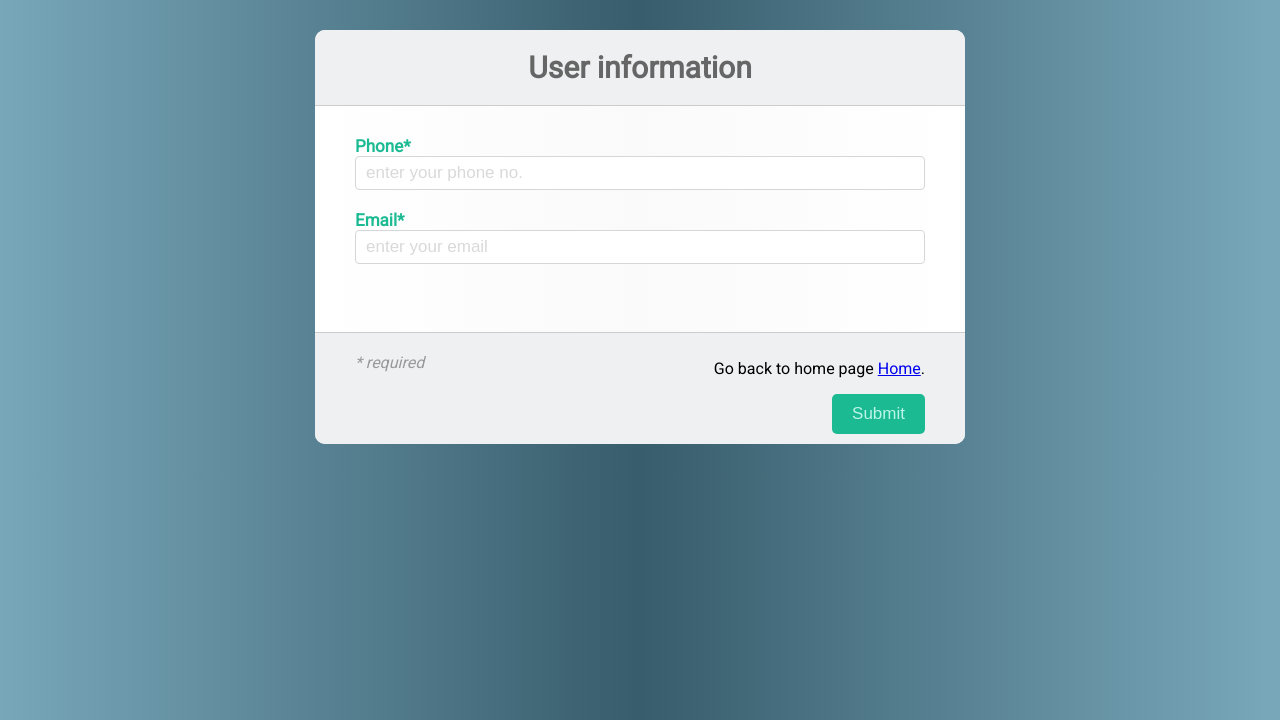
Repository: HT13M19/kuldeep
Page: GGGG/Demo2/src/main/webapp/UserInfo2.html
An editor plug-in stored every save of this project. The page is shown before and after the next save, followed by the edit.
The browser window is 1280 px wide. The pictures show the whole page.

Above is the page before, as saved 2023-09-24 09:48:33.

### GGGG/Demo2/src/main/webapp/UserInfo2.html
<!DOCTYPE html>
<html>
  <head>
    <meta charset="utf-8">
    <title>HTML CSS Register Form</title>
    <link rel="stylesheet" href="style.css">
  </head>
  <body>
    <form class="signup-form" action="userinfo" method="get">
      <!-- form header -->
      <div class="form-header">
        <h1>User information</h1>
      </div>

      <!-- form body -->
      <div class="form-body">
        <!-- Phone-->
        <div class="form-group">
          <label for="Phone" class="label-title">Phone*</label>
          <input type="text" id="phone" name="PHONE" class="form-input" placeholder="enter your phone no." required="required" maxlength="10">
        </div>

        <!-- Email -->
        <div class="form-group">
          <label for="email" class="label-title">Email*</label>
          <input type="email" id="email" name="EMAIL" class="form-input" placeholder="enter your email" required="required">
        </div>

         </div>

<br>
<br>

      <!-- form-footer -->
      <div class="form-footer">
        <span>* required</span>
        <p>Go back to home page <a href="main.jsp">Home</a>.</p>
        <button type="submit" class="btn">Submit</button>
      </div>

    </form>

  </body>
</html>

### GGGG/Demo2/src/main/webapp/style.css

/*---------------------------------------*/
/* Font */
/*---------------------------------------*/
@import url('https://fonts.googleapis.com/css?family=Roboto');


/*---------------------------------------*/
/* Register Form */
/*---------------------------------------*/
body {
  background:linear-gradient(to right, #78a7ba 0%, #385D6C 50%, #78a7ba 99%);
}

.signup-form {
  font-family: "Roboto", sans-serif;
  width:650px;
  margin:30px auto;
  background:linear-gradient(to right, #ffffff 0%, #fafafa 50%, #ffffff 99%);
  border-radius: 10px;
}

/*---------------------------------------*/
/* Form Header */
/*---------------------------------------*/
.form-header  {
  background-color: #EFF0F1;
  border-top-left-radius: 10px;
  border-top-right-radius: 10px;
}

.form-header h1 {
  font-size: 30px;
  text-align:center;
  color:#666;
  padding:20px 0;
  border-bottom:1px solid #cccccc;
}

/*---------------------------------------*/
/* Form Body */
/*---------------------------------------*/
.form-body {
  padding:10px 40px;
  color:#666;
}

.form-group{
  margin-bottom:20px;
}

.form-body .label-title {
  color:#1BBA93;
  font-size: 17px;
  font-weight: bold;
}

.form-body .form-input {
    font-size: 17px;
    box-sizing: border-box;
    width: 100%;
    height: 34px;
    padding-left: 10px;
    padding-right: 10px;
    color: #333333;
    text-align: left;
    border: 1px solid #d6d6d6;
    border-radius: 4px;
    background: white;
    outline: none;
}



.horizontal-group .left{
  float:left;
  width:49%;
}

.horizontal-group .right{
  float:right;
  width:49%;
}

input[type="file"] {
  outline: none;
  cursor:pointer;
  font-size: 17px;
}

#range-label {
  width:15%;
  padding:5px;
  background-color: #1BBA93;
  color:white;
  border-radius: 5px;
  font-size: 17px;
  position: relative;
  top:-8px;
}


::-webkit-input-placeholder  {
  color:#d9d9d9;
}

/*---------------------------------------*/
/* Form Footer */
/*---------------------------------------*/
.signup-form .form-footer  {
  background-color: #EFF0F1;
  border-bottom-left-radius: 10px;
  border-bottom-right-radius: 10px;
  padding:10px 40px;
  text-align: right;
  border-top: 1px solid #cccccc;
  clear:both;
}

.form-footer span {
  float:left;
  margin-top: 10px;
  color:#999;
  font-style: italic;
  font-weight: thin;
}

.btn {
   display:inline-block;
   padding:10px 20px;
   background-color: #1BBA93;
   font-size:17px;
   border:none;
   border-radius:5px;
   color:#bcf5e7;
   cursor:pointer;
}

.btn:hover {
  background-color: #169c7b;
  color:white;
}

After the next save:
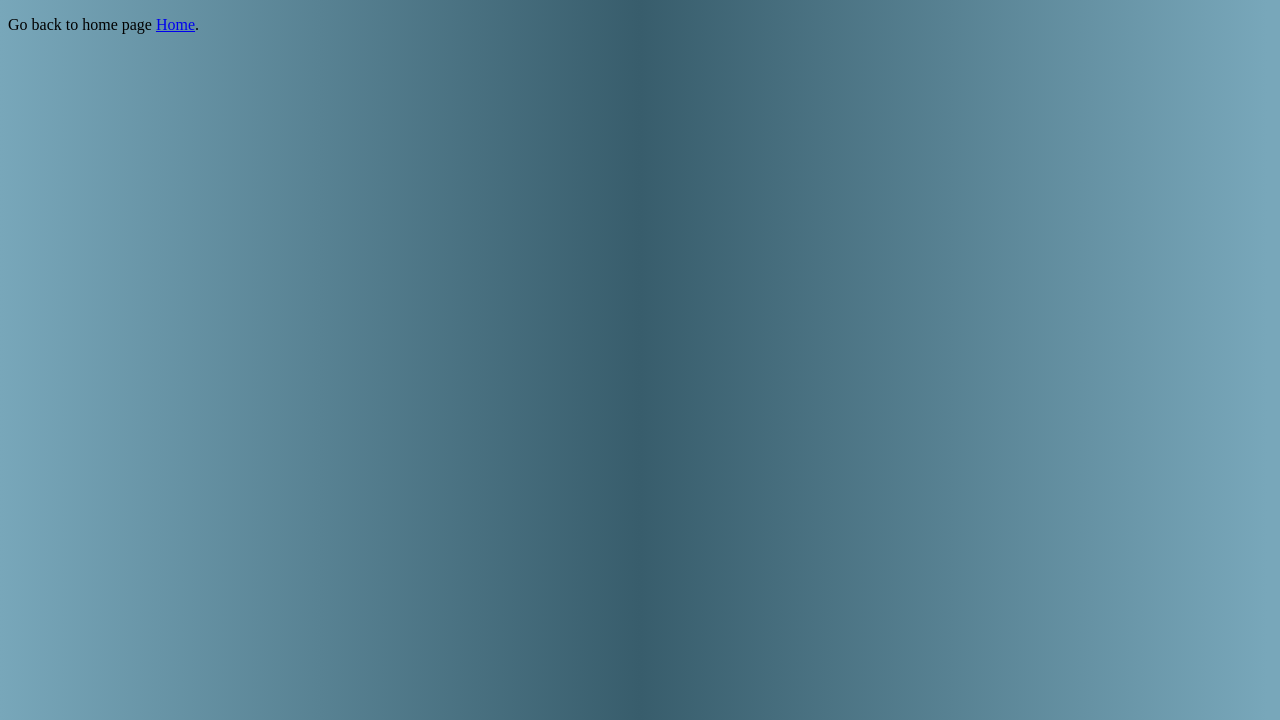
Saved 65 s later.
--- a/GGGG/Demo2/src/main/webapp/UserInfo2.html
+++ b/GGGG/Demo2/src/main/webapp/UserInfo2.html
@@ -6,39 +6,10 @@
     <link rel="stylesheet" href="style.css">
   </head>
   <body>
-    <form class="signup-form" action="userinfo" method="get">
-      <!-- form header -->
-      <div class="form-header">
-        <h1>User information</h1>
-      </div>
 
-      <!-- form body -->
-      <div class="form-body">
-        <!-- Phone-->
-        <div class="form-group">
-          <label for="Phone" class="label-title">Phone*</label>
-          <input type="text" id="phone" name="PHONE" class="form-input" placeholder="enter your phone no." required="required" maxlength="10">
-        </div>
+        <p>Go back to home page <a href="main.jsp">Home</a>.</p>
 
-        <!-- Email -->
-        <div class="form-group">
-          <label for="email" class="label-title">Email*</label>
-          <input type="email" id="email" name="EMAIL" class="form-input" placeholder="enter your email" required="required">
-        </div>
 
-         </div>
-
-<br>
-<br>
-
-      <!-- form-footer -->
-      <div class="form-footer">
-        <span>* required</span>
-        <p>Go back to home page <a href="main.jsp">Home</a>.</p>
-        <button type="submit" class="btn">Submit</button>
-      </div>
-
-    </form>
 
   </body>
 </html>
